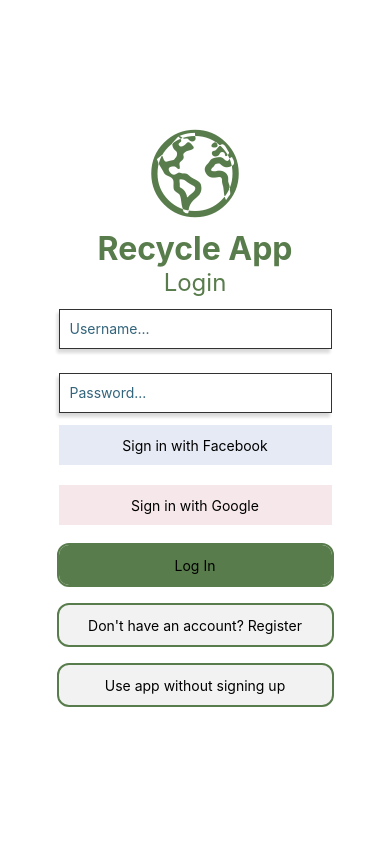
Repository: ct-pham/COMP4511
Screen: / (app in comp4511/)
The author's editor kept a copy of each file at every save. The screen is drawn from the files as they stood at one save, then again after the next save.
The app was drawn by React Native's web renderer in a window 390 px wide. The project was rebuilt for these pictures with package versions that can differ from the ones it lists, and the page was loaded fresh each time.

Above is the screen before, as saved 2022-11-07 16:49:31.

### comp4511/App.js

// import { NavigationContainer } from 'react-navigation/native';
// import { createNativeStackNavigator } from 'react-navigation/native-stack';
import Login from './Components/Login';
//import Register from './Components/Register';

export default function App() {
  return (
    // <NavigationContainer>
    //   <Stack.Navigator initialRouteName="Home">
    //     <Stack.Screen name="Login" component={Login} />
    //     <Stack.Screen name="Register" component={Register} />
    //   </Stack.Navigator>
    // </NavigationContainer>
    <Login />
  );
}

### comp4511/Components/Login.js
import {
    StyleSheet,
    Text,
    View,
    TextInput,
    TouchableOpacity,
} from 'react-native';

import FontAwesome from 'react-native-vector-icons/FontAwesome';

import Icon from 'react-native-vector-icons/Ionicons';

export default function Login( {navigation}) {
    return (
        <View style={styles.container}>
            <View>
                <Icon
                    name = "earth-outline"
                    size = {100}
                    color = "#587C4B"
                />
            </View>

            <Text style = {styles.title}>Recycle App</Text>
            <Text style = {styles.subtitle}>Login</Text>
            <View style={styles.inputView}>
                <TextInput
                    style={styles.TextInput}
                    placeholder="Username..."
                    placeholderTextColor="#003f5c"
                />
            </View>

            <View style={styles.inputView}>
                <TextInput
                    style={styles.TextInput}
                    placeholder="Password..."
                    placeholderTextColor="#003f5c"
                    secureTextEntry={true}
                />
            </View>

            <TouchableOpacity
                style = {[styles.socialBtn, {backgroundColor: '#e6eaf4'}]}
            >
                <View style={styles.iconWrapper}>
                    <FontAwesome  />
                </View>
                <View style={styles.btnTxtWrapper}>
                    <Text >Sign in with Facebook</Text>
                </View>
            </TouchableOpacity>
            <TouchableOpacity
                style = {[styles.socialBtn, {backgroundColor: '#f5e7ea'}]}
            >
                <View style={styles.iconWrapper2}>
                    <FontAwesome  />
                </View>
                <View style={styles.btnTxtWrapper}>
                    <Text style = {styles.btnTxt}>Sign in with Google</Text>
                </View>
            </TouchableOpacity>


            <TouchableOpacity style = {styles.btnStyle}>
                <Text style={styles.loginBtn}>Log In</Text>
            </TouchableOpacity>

            <TouchableOpacity
                onPress = {console.log('Register')}
                style = {styles.btnStyle2}
            >
                <Text style={styles.loginBtn}>Don't have an account? Register</Text>
            </TouchableOpacity>

            <TouchableOpacity
                style = {styles.btnStyle2}
            >
                <Text style={styles.loginBtn}>Use app without signing up</Text>
            </TouchableOpacity>

        </View>
    );
}

const styles = StyleSheet.create({
    container: {
        flex: 1,
        backgroundColor: '#ffffff',
        alignItems: 'center',
        justifyContent: 'center',
    },
    inputView: {
        backgroundColor: '#ffffff',
        borderWidth: 1,
        borderColor: '#000000',
        height: 40,
        width: '70%',
        margin: 12,
        borderWidth: 1,
        padding: 10,
        shadowColor: '#171717',
        shadowOffset: {width: -2, height: 4},
        shadowOpacity: 0.2,
        shadowRadius: 3,
        opacity: 0.8,
    },
    button: {
        borderRadius: 25,
    },
    btnStyle: {
        backgroundColor: '#587C4B',
        outlineColor: '#587C4B',
        outlineWidth: 2,
        outlineStyle:  'solid',
        width: '70%',
        height: 40,
        alignItems: 'center',
        justifyContent: 'center',
        borderRadius: 10,
        marginBottom:20,
    },
    btnStyle2: {
        backgroundColor: '#F2F2F2',
        borderRadius: 10,
        outlineColor: '#587C4B',
        outlineWidth: 2,
        outlineStyle:  'solid',
        width: '70%',
        height: 40,
        alignItems: 'center',
        justifyContent: 'center',
        marginBottom: 20,
    },
    title: {
        fontSize: 32,
        fontWeight: 'bold',
        color: '#587C4B',
    },
    subtitle: {
        fontSize: 24,
        fontWeight: 'semibold',
        color: '#587C4B',
    },
    socialBtn: {
        width: '70%',
        height: 40,
        alignItems: 'center',
        justifyContent: 'center',
        marginBottom: 20,
    },
});

After the next save:
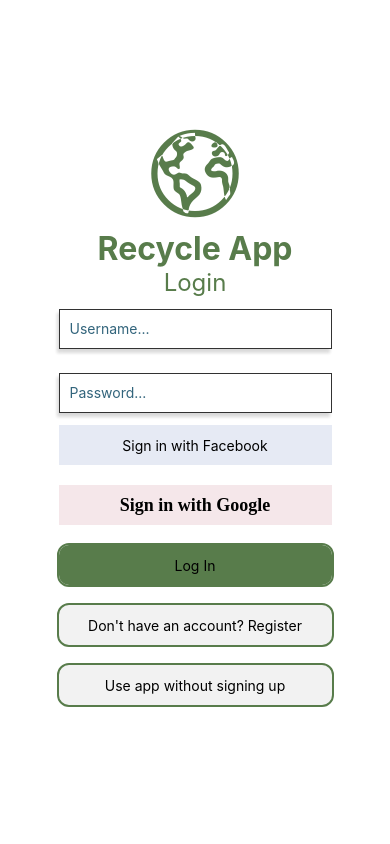
Saved 29 s later.
--- a/comp4511/Components/Login.js
+++ b/comp4511/Components/Login.js
@@ -149,4 +149,9 @@ const styles = StyleSheet.create({
         justifyContent: 'center',
         marginBottom: 20,
     },
+    btnTxt: {
+        fontSize: 18,
+        fontWeight: 'bold',
+        fontFamily: 'Lato-Regular',
+    }
 });
